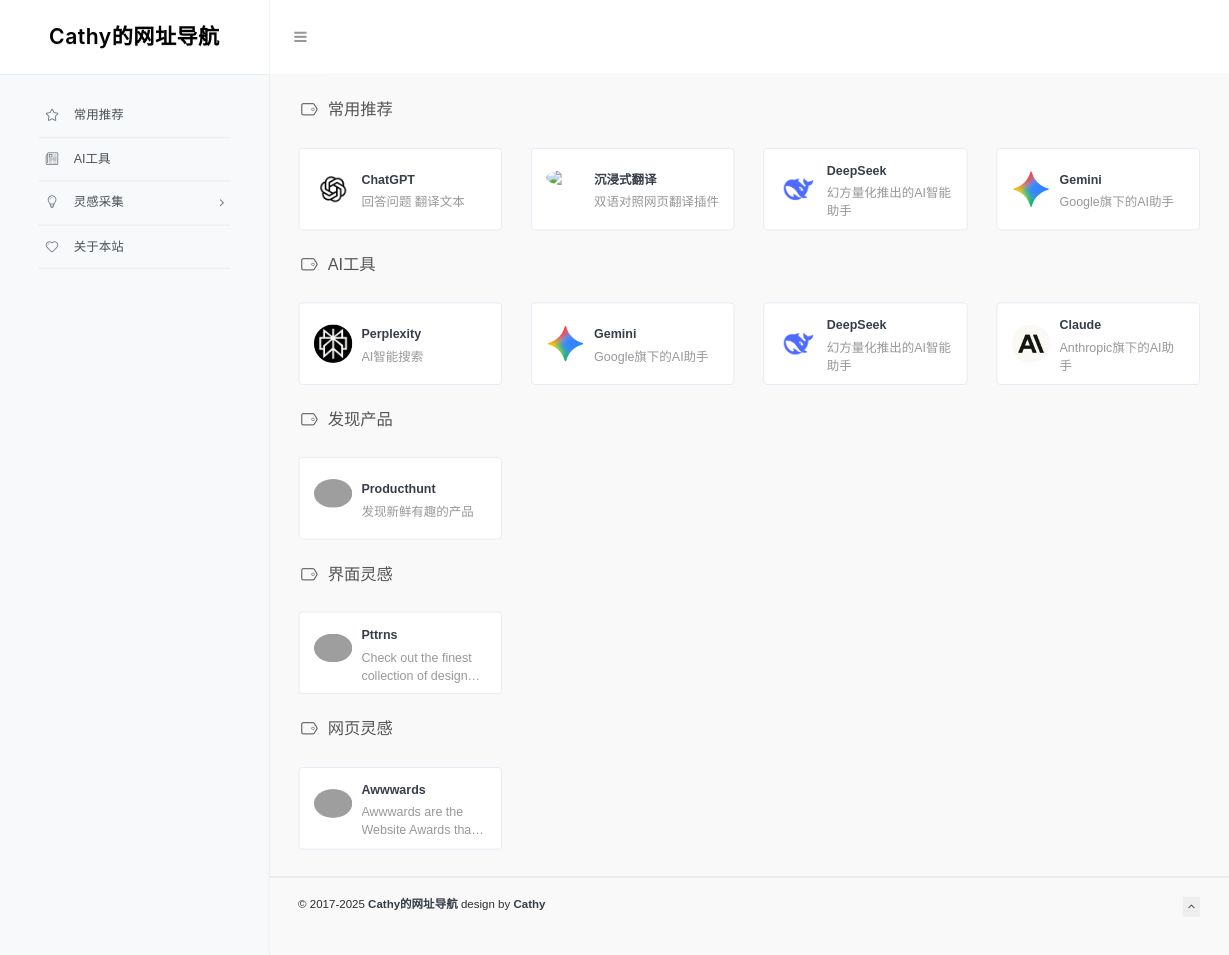
Repository: SweetPomelo0/AINav
Page: cn/index.html
An editor plug-in stored every save of this project. The page is shown before and after the next save, followed by the edit.
The browser window is 1280 px wide. The pictures show the whole page, at 96% of full size.
Pictures or frames that could not be fetched are drawn as grey boxes.

Above is the page before, as saved 2025-07-24 23:27:51.
Not found: assets/images/logos/immersive.png

After the next save:
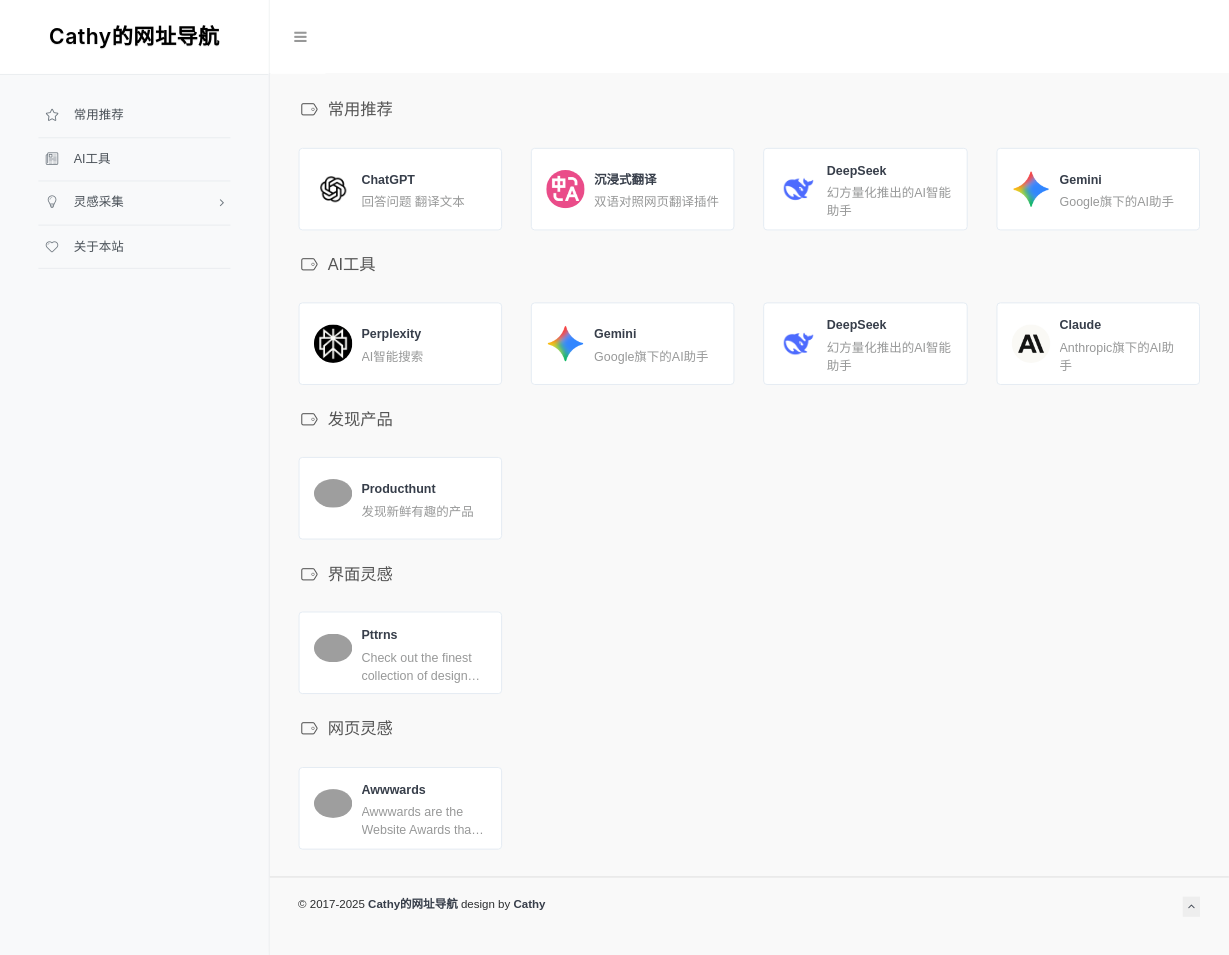
Saved 53 s later.
--- a/cn/index.html
+++ b/cn/index.html
@@ -304,7 +304,7 @@
                     <div class="xe-widget xe-conversations box2 label-info" onclick="window.open('https://immersivetranslate.com/zh-Hans/?utm_source=ai-bot.cn', '_blank')" data-toggle="tooltip" data-placement="bottom" title="" data-original-title="https://immersivetranslate.com/zh-Hans/?utm_source=ai-bot.cn">
                         <div class="xe-comment-entry">
                             <a class="xe-user-img">
-                                <img data-src="../assets/images/logos/immersive.png" class="lozad img-circle" width="40">
+                                <img data-src="../assets/images/logos/immersive.ico" class="lozad img-circle" width="40">
                             </a>
                             <div class="xe-comment">
                                 <a href="#" class="xe-user-name overflowClip_1">
